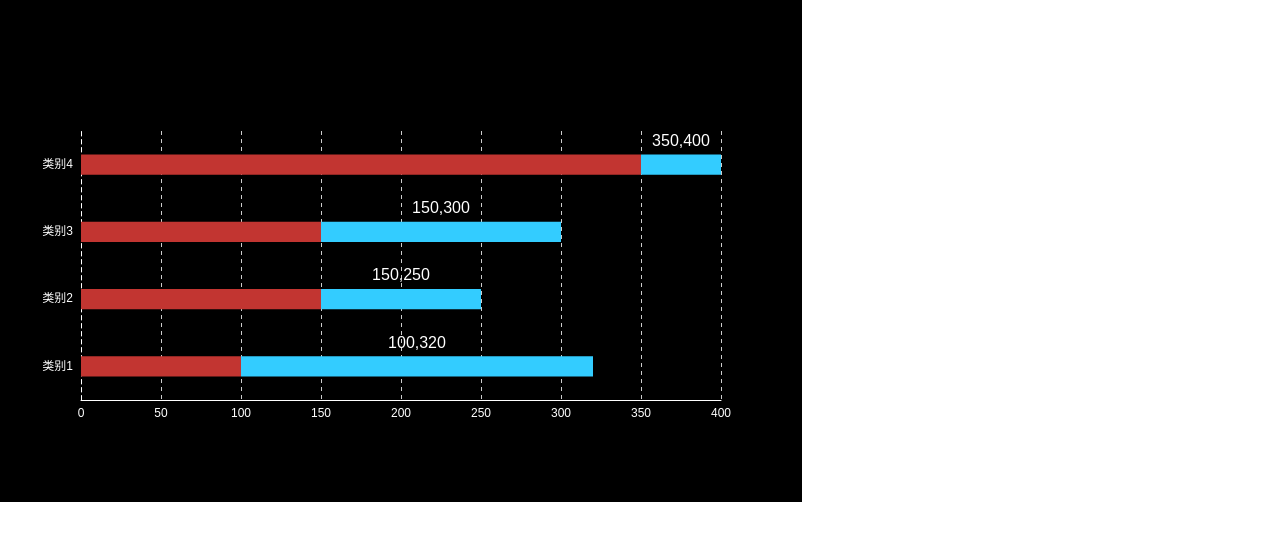
Repository: 572031690/echartproj
Page: /#/test
The author's editor kept a copy of each file at every save. The page is drawn from the files as they stood at one save, then again after the next save.
The browser window is 1280 px wide. The pictures show the whole page.
The project was rebuilt for these pictures with package versions that can differ from the ones it lists, and the page was loaded fresh each time. Also part of the build but not shown: vue.config.js, src/components/Seller.vue, src/views/SellerPage.vue, src/utils/theme_utils.js, src/components/Trend.vue, src/views/TrendPage.vue, src/utils/map_utils.js, src/components/Map.vue and 9 more.

Above is the page before, as saved 2021-08-05 10:26:56.

### public/index.html
<!DOCTYPE html>
<html lang="en">
  <head>
    <meta charset="utf-8">
    <meta http-equiv="X-UA-Compatible" content="IE=edge">
    <meta name="viewport" content="width=device-width,initial-scale=1.0">
    <link rel="icon" href="<%= BASE_URL %>favicon.ico">
    <title><%= htmlWebpackPlugin.options.title %></title>
  </head>
  <body>
    <noscript>
      <strong>We're sorry but <%= htmlWebpackPlugin.options.title %> doesn't work properly without JavaScript enabled. Please enable it to continue.</strong>
    </noscript>
    <div id="app"></div>
    <!-- built files will be auto injected -->
    <!-- 一旦通过script标签引入的echarts.js的文件之后呢, window.echarts -->
    <script src="static/lib/echarts.min.js"></script>
    <!-- 引入主题的js文件 -->
    <script src="static/theme/chalk.js"></script>
    <script src="static/theme/vintage.js"></script>
  </body>
</html>

### src/main.js
import Vue from 'vue'
import App from './App.vue'
import router from './router'
import store from './store'
// 引入字体的文件
import './assets/font/iconfont.css'
// 引入全局的样式文件
import './assets/css/global.less'
import axios from 'axios'
import SocketService from './utils/socket_service'

// 调用socket **********
// import SocketService from '@/utils/socket_service'
// 对服务端进行webSocket连接 *********
// SocketService.Instance.connect()
// Vue.prototype.$socket = SocketService.Instance

// 请求基准路径的配置
axios.defaults.baseURL = 'http://127.0.0.1:8888/api/'
// 将axios挂载到Vue的原型对象上
// 在别的组件中 this.$http
Vue.prototype.$http = axios

// 将全局的echarts对象挂载到Vue的原型对象上
// 别的组件中 this.$echarts
Vue.prototype.$echarts = window.echarts

Vue.config.productionTip = false

new Vue({
  router,
  store,
  render: h => h(App)
}).$mount('#app')

### src/App.vue
<template>
  <div id="app">
    <!-- 路由占位符 -->
    <router-view></router-view>
  </div>
</template>

<style lang="less">

</style>

### src/router/index.js
import Vue from 'vue'
import VueRouter from 'vue-router'
import SellerPage from '@/views/SellerPage'
import TrendPage from '@/views/TrendPage'
import MapPage from '@/views/MapPage'
import RankPage from '@/views/RankPage'
import HotPage from '@/views/HotPage'
import StockPage from '@/views/StockPage'
import Test from '../components/Test.vue'
import ScreenPage from '@/views/ScreenPage'

Vue.use(VueRouter)

const routes = [
  {
    path: '/',
    redirect: '/screen'
  },
  {
    path: '/screen',
    component: ScreenPage
  },
  {
    path: '/sellerpage',
    component: SellerPage
  },
  {
    path: '/trendpage',
    component: TrendPage
  },
  {
    path: '/mappage',
    component: MapPage
  },
  {
    path: '/rankpage',
    component: RankPage
  },
  {
    path: '/hotpage',
    component: HotPage
  },
  {
    path: '/stockpage',
    component: StockPage
  },
  {
    path: '/test',
    component: Test
  }

]

const router = new VueRouter({
  routes
})

export default router

### src/store/index.js
import Vue from 'vue'
import Vuex from 'vuex'

Vue.use(Vuex)

export default new Vuex.Store({
  state: {
    theme: 'chalk'
  },
  mutations: {
    changeTheme (state) {
      if(state.theme === 'chalk'){
        state.theme = 'vintage'
      }else{
        state.theme = 'chalk'
      }
    }
  },
  actions: {
  },
  modules: {
  }
})

### src/assets/css/global.less
html, body, #app {
  width: 100%;
  height: 100%;
  padding: 0;
  margin: 0;
  overflow: hidden;
}

.com-page {
  width: 100%;
  height: 100%;
  overflow: hidden;
}

.com-container {
  width: 100%;
  height: 100%;
  overflow: hidden;
  position: relative;
}

.com-chart {
  width: 100%;
  height: 100%;
  overflow: hidden;
}

canvas {
  border-radius: 20px;
}

/*无法选中图片文字方法*/
span,div,img{
  user-select:none;
}

### src/utils/socket_service.js
export default class SocketService {
    // 单例的设计模式
    //如果别人通过get Instance 来的到我的实例对象 那我只会给他返回同一个实例对象
    static instance = null
    static get Instance() {
        if (!this.instance) {
            this.instance = new SocketService()
        }
        return this.instance
    }

    //和服务端连接的socket对象
    ws = null
    //存储回调函数
    callBackMapping = {}
    //定义连接服务器的方法
    connect() {
        //连接服务器
        if (!window.WebSocket) {
            return console.log('你的浏览器不支持WebSocket');
        }
        this.ws = new WebSocket('ws://localhost:9998')

        //连接服务端成功
        this.ws.onopen = () => {
            console.log('连接服务端成功');
        }
        //连接服务端失败
        this.ws.onclose = () => {
            console.log('连接服务端失败');
        }
        //得到服务端发送过来的数据
        this.ws.onmessage = msg => {
            console.log('从服务端获取数据');
            //得到的数据在msg的data里面
            // console.log(msg.data);
            const recvData = JSON.parse(msg.data)
            const socketType = recvData.socketType
            //判断回调函数是否存在
            if(this.callBackMapping[socketType]){
                const action = recvData.action
                if(action === 'getData') {
                    const realData = JSON.parse(recvData.data)
                    this.callBackMapping[socketType]
                }else if( action === 'fullScreen') {

                }else if(action === 'themeChange') {

                }
            }
        }
    }
    //回调函数的注册
    registerCallBack(socketType, callBack) {
        this.callBackMapping[socketType] = callBack
    }
    //取消某一个回调函数
    unRegisterCallBack(socketType) {
        this.callBackMapping[socketType] = null
    }

}

### src/components/Test.vue
<template>
  <div class="line-chart" ref="mybar">
    123
  </div>
</template>

<script>
export default {
  mounted() {
    this.getData();
    this.initChart();
  },
  data() {
    return {
      chartInstance: null,
      seriesData: [
        [100, 320],
        [150, 250],
        [150, 300],
        [350, 400]
      ],
      barChart: {
        xAxisData: ["类别1", "类别2", "类别3", "类别4"],
        dataList: []
      }
    };
  },
  methods: {
    initChart() {
      const chartInstance = this.$echarts.init(this.$refs.mybar);
      const option = {
        grid: [
          {
            top: 130,
            bottom: 101
          }
        ],
        yAxis: [
          {
            type: "category",
            data: this.barChart.xAxisData,
            // gridIndex: 0, // x 轴所在的 grid 的索引，默认位于第一个 grid。
            axisLabel: {
              color: "#fff" // 刻度标签文字的颜色
            },
            axisLine: {
              // 设置轴线
              lineStyle: {
                color: "#fff",
                type: "dashed"
              }
            },
            axisTick: {
              show: false // 是否显示坐标轴刻度。
            }
          }
        ],
        xAxis: [
          {
            interval: 50, // 强制设置坐标轴刻度间隔值
            // scale: true,
            type: "value",
            // gridIndex: 0,
            axisLabel: {
              // 刻度标签文字的颜色
              color: "#fff"
            },
            splitLine: {
              // x轴竖线
              lineStyle: {
                // color: "rgba(255, 255, 255, 45)"
                type: "dashed"
              }
            },
            axisLine: {
              // 设置轴线
              show: true,
              // 设置轴线
              lineStyle: {
                color: "#fff"
              }
            },
            axisTick: {
              show: false // 是否显示坐标轴刻度。
            }
          }
        ],
        series: [
          {
            stack: "类1",
            barWidth: "30%", // 宽度
            itemStyle: {
              // color: "#3366cc"
            },
            data: this.barChart.dataList[0],
            type: "bar"
          },
          {
            label: {
              show: true,
              position: "top",
              textStyle: {
                color: "#fff",
                fontSize: 16
              },
              formatter: arg => {
                console.log(arg);
                return this.seriesData[arg.dataIndex];
              }
            },
            stack: "类1",
            xAxisIndex: 0,
            barWidth: "30%", // 宽度
            itemStyle: {
              color: "#33ccff"
            },
            data: this.barChart.dataList[1],
            type: "bar"
          }
        ]
      };
      chartInstance.setOption(option);
    },
    getData() {
      this.barChart.dataList[0] = this.seriesData.map(item => {
        return item[0];
      });
      this.barChart.dataList[1] = this.seriesData.map(item => {
        return item[1] - item[0];
      });
      console.log(this.barChart.dataList);
    }
  }
};
</script>

<style>
.line-chart {
  width: 800px;
  height: 500px;
  border: 1px solid black;
  background: #000;
}
</style>

### public/static/theme/vintage.js
(function (root, factory) {
    if (typeof define === 'function' && define.amd) {
        // AMD. Register as an anonymous module.
        define(['exports', 'echarts'], factory);
    } else if (typeof exports === 'object' && typeof exports.nodeName !== 'string') {
        // CommonJS
        factory(exports, require('echarts'));
    } else {
        // Browser globals
        factory({}, root.echarts);
    }
}(this, function (exports, echarts) {
    var log = function (msg) {
        if (typeof console !== 'undefined') {
            console && console.error && console.error(msg);
        }
    };
    if (!echarts) {
        log('ECharts is not Loaded');
        return;
    }
    echarts.registerTheme('vintage', {
        "color": [
            '#0ba82c',
            '#2c6eff',
            '#16f2d9',
            '#fe211e',
            '#fa6900',
            "#eedd78",
            "#73a373",
            "#73b9bc",
            "#7289ab",
            "#91ca8c",
            "#f49f42"
        ],
        "backgroundColor": "#ffffff",
        "textStyle": {},
        "title": {
            "textStyle": {
                "color": "#333333"
            },
            "subtextStyle": {
                "color": "#aaa"
            }
        },
        "line": {
            "itemStyle": {
                "normal": {
                    "borderWidth": "4"
                }
            },
            "lineStyle": {
                "normal": {
                    "width": "3"
                }
            },
            "symbolSize": "0",
            "symbol": "circle",
            "smooth": true
        },
        "radar": {
            "itemStyle": {
                "normal": {
                    "borderWidth": 1
                }
            },
            "lineStyle": {
                "normal": {
                    "width": 2
                }
            },
            "symbolSize": 4,
            "symbol": "emptyCircle",
            "smooth": false
        },
        "bar": {
            "itemStyle": {
                "normal": {
                    "barBorderWidth": 0,
                    "barBorderColor": "#ccc"
                },
                "emphasis": {
                    "barBorderWidth": 0,
                    "barBorderColor": "#ccc"
                }
            }
        },
        "pie": {
            "itemStyle": {
                "normal": {
                    "borderWidth": 0,
                    "borderColor": "#ccc"
                },
                "emphasis": {
                    "borderWidth": 0,
                    "borderColor": "#ccc"
                }
            }
        },
        "scatter": {
            "itemStyle": {
                "normal": {
                    "borderWidth": 0,
                    "borderColor": "#ccc"
                },
                "emphasis": {
                    "borderWidth": 0,
                    "borderColor": "#ccc"
                }
            }
        },
        "boxplot": {
            "itemStyle": {
                "normal": {
                    "borderWidth": 0,
                    "borderColor": "#ccc"
                },
                "emphasis": {
                    "borderWidth": 0,
                    "borderColor": "#ccc"
                }
            }
        },
        "parallel": {
            "itemStyle": {
                "normal": {
                    "borderWidth": 0,
                    "borderColor": "#ccc"
                },
                "emphasis": {
                    "borderWidth": 0,
                    "borderColor": "#ccc"
                }
            }
        },
        "sankey": {
            "itemStyle": {
                "normal": {
                    "borderWidth": 0,
                    "borderColor": "#ccc"
                },
                "emphasis": {
                    "borderWidth": 0,
                    "borderColor": "#ccc"
                }
            }
        },
        "funnel": {
            "itemStyle": {
                "normal": {
                    "borderWidth": 0,
                    "borderColor": "#ccc"
                },
                "emphasis": {
                    "borderWidth": 0,
                    "borderColor": "#ccc"
                }
            }
        },
        "gauge": {
            "itemStyle": {
                "normal": {
                    "borderWidth": 0,
                    "borderColor": "#ccc"
                },
                "emphasis": {
                    "borderWidth": 0,
                    "borderColor": "#ccc"
                }
            }
        },
        "candlestick": {
            "itemStyle": {
                "normal": {
                    "color": "#c23531",
                    "color0": "#314656",
                    "borderColor": "#c23531",
                    "borderColor0": "#314656",
                    "borderWidth": 1
                }
            }
        },
        "graph": {
            "itemStyle": {
                "normal": {
                    "borderWidth": 0,
                    "borderColor": "#ccc"
                }
            },
            "lineStyle": {
                "normal": {
                    "width": 1,
                    "color": "#aaa"
                }
            },
            "symbolSize": 4,
            "symbol": "emptyCircle",
            "smooth": false,
            "color": [
                "#d87c7c",
                "#919e8b",
                "#d7ab82",
                "#6e7074",
                "#61a0a8",
                "#efa18d",
                "#787464",
                "#cc7e63",
                "#724e58",
                "#4b565b"
            ],
            "label": {
                "normal": {
                    "textStyle": {
                        "color": "#eee"
                    }
                }
            }
        },
        "map": {
            "itemStyle": {
                "normal": {
                    "areaColor": "#eeeeee",
                    "borderColor": "#444444",
                    "borderWidth": 0.5
                },
                "emphasis": {
                    "areaColor": "rgba(255,215,0,0.8)",
                    "borderColor": "#444444",
                    "borderWidth": 1
                }
            },
            "label": {
                "normal": {
                    "textStyle": {
                        "color": "#000000"
                    }
                },
                "emphasis": {
                    "textStyle": {
                        "color": "rgb(100,0,0)"
                    }
                }
            }
        },
        "geo": {
            "itemStyle": {
                "normal": {
                    "areaColor": "#eeeeee",
                    "borderColor": "#444444",
                    "borderWidth": 0.5
                },
                "emphasis": {
                    "areaColor": "rgba(255,215,0,0.8)",
                    "borderColor": "#444444",
                    "borderWidth": 1
                }
            },
            "label": {
                "normal": {
                    "textStyle": {
                        "color": "#000000"
                    }
                },
                "emphasis": {
                    "textStyle": {
                        "color": "rgb(100,0,0)"
                    }
                }
            }
        },
        "categoryAxis": {
            "axisLine": {
                "show": true,
                "lineStyle": {
                    "color": "#333"
                }
            },
            "axisTick": {
                "show": true,
                "lineStyle": {
                    "color": "#333"
                }
            },
            "axisLabel": {
                "show": true,
                "textStyle": {
                    "color": "#999"
                }
            },
            "splitLine": {
                "show": false,
                "lineStyle": {
                    "color": [
                        "#ccc"
                    ]
                }
            },
            "splitArea": {
                "show": false,
                "areaStyle": {
                    "color": [
                        "rgba(250,250,250,0.3)",
                        "rgba(200,200,200,0.3)"
                    ]
                }
            }
        },
        "valueAxis": {
            "axisLine": {
                "show": true,
                "lineStyle": {
                    "color": "#666666"
                }
            },
            "axisTick": {
                "show": false,
                "lineStyle": {
                    "color": "#333"
                }
            },
            "axisLabel": {
                "show": true,
                "textStyle": {
                    "color": "#aaaaaa"
                }
            },
            "splitLine": {
                "show": false,
                "lineStyle": {
                    "color": [
                        "#e6e6e6"
                    ]
                }
            },
            "splitArea": {
                "show": false,
                "areaStyle": {
                    "color": [
                        "rgba(250,250,250,0.05)",
                        "rgba(200,200,200,0.02)"
                    ]
                }
            }
        },
        "logAxis": {
            "axisLine": {
                "show": true,
                "lineStyle": {
                    "color": "#333"
                }
            },
            "axisTick": {
                "show": true,
                "lineStyle": {
                    "color": "#333"
                }
            },
            "axisLabel": {
                "show": true,
                "textStyle": {
                    "color": "#333"
                }
            },
            "splitLine": {
                "show": true,
                "lineStyle": {
                    "color": [
                        "#ccc"
                    ]
                }
            },
            "splitArea": {
                "show": false,
                "areaStyle": {
                    "color": [
                        "rgba(250,250,250,0.3)",
                        "rgba(200,200,200,0.3)"
                    ]
                }
            }
        },
        "timeAxis": {
            "axisLine": {
                "show": true,
                "lineStyle": {
                    "color": "#333"
                }
            },
            "axisTick": {
                "show": true,
                "lineStyle": {
                    "color": "#333"
                }
            },
            "axisLabel": {
                "show": true,
                "textStyle": {
                    "color": "#333"
                }
            },
            "splitLine": {
                "show": true,
                "lineStyle": {
                    "color": [
                        "#ccc"
                    ]
                }
            },
            "splitArea": {
                "show": false,
                "areaStyle": {
                    "color": [
                        "rgba(250,250,250,0.3)",
                        "rgba(200,200,200,0.3)"
                    ]
                }
            }
        },
        "toolbox": {
            "iconStyle": {
                "normal": {
                    "borderColor": "#999999"
                },
                "emphasis": {
                    "borderColor": "#666666"
                }
            }
        },
        "legend": {
            "textStyle": {
                "color": "#333333"
            }
        },
        "tooltip": {
            "axisPointer": {
                "lineStyle": {
                    "color": "#cccccc",
                    "width": 1
                },
                "crossStyle": {
                    "color": "#cccccc",
                    "width": 1
                }
            }
        },
        "timeline": {
            "lineStyle": {
                "color": "#293c55",
                "width": 1
            },
            "itemStyle": {
                "normal": {
                    "color": "#293c55",
                    "borderWidth": 1
                },
                "emphasis": {
                    "color": "#a9334c"
                }
            },
            "controlStyle": {
                "normal": {
                    "color": "#293c55",
                    "borderColor": "#293c55",
                    "borderWidth": 0.5
                },
                "emphasis": {
                    "color": "#293c55",
                    "borderColor": "#293c55",
                    "borderWidth": 0.5
                }
            },
            "checkpointStyle": {
                "color": "#e43c59",
                "borderColor": "rgba(194,53,49,0.5)"
            },
            "label": {
                "normal": {
                    "textStyle": {
                        "color": "#293c55"
                    }
                },
                "emphasis": {
                    "textStyle": {
                        "color": "#293c55"
                    }
                }
            }
        },
        "visualMap": {
            "color": [
                "#bf444c",
                "#d88273",
                "#f6efa6"
            ]
        },
        "dataZoom": {
            "backgroundColor": "rgba(47,69,84,0)",
            "dataBackgroundColor": "rgba(47,69,84,0.3)",
            "fillerColor": "rgba(167,183,204,0.4)",
            "handleColor": "#a7b7cc",
            "handleSize": "100%",
            "textStyle": {
                "color": "#333333"
            }
        },
        "markPoint": {
            "label": {
                "normal": {
                    "textStyle": {
                        "color": "#eee"
                    }
                },
                "emphasis": {
                    "textStyle": {
                        "color": "#eee"
                    }
                }
            }
        }
    });
}));

Loaded but not shown: src/assets/font/iconfont.css (common file); public/static/lib/echarts.min.js (library); public/static/theme/chalk.js (521 lines, source omitted)

After the next save:
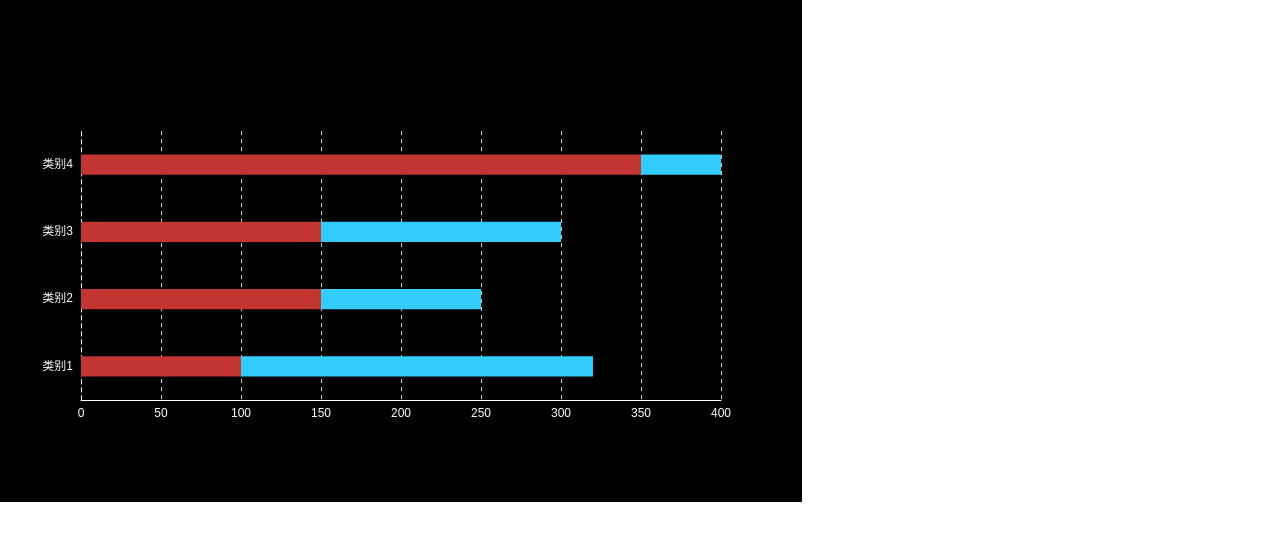
Saved 28 s later.
--- a/src/components/Test.vue
+++ b/src/components/Test.vue
@@ -97,7 +97,7 @@ export default {
           },
           {
             label: {
-              show: true,
+              show: false,
               position: "top",
               textStyle: {
                 color: "#fff",
